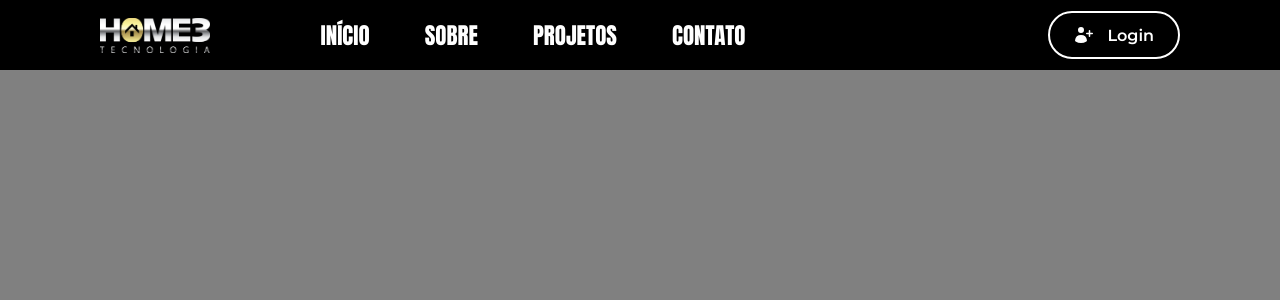
Repository: ryanmarinhodev/Home3-react
Page: /
These files come from the project's save history. The page is drawn as it stood at one moment and after the next save; the edit follows.
The browser window is 1280 px wide. The pictures show the whole page.
Some web fonts or font styles are not loaded; a fallback is used. The project was rebuilt for these pictures with package versions that can differ from the ones it lists, and the page was loaded fresh each time. Also part of the build but not shown: src/App.css.

Above is the page before, as saved 2024-11-06 11:09:08.

After the next save:
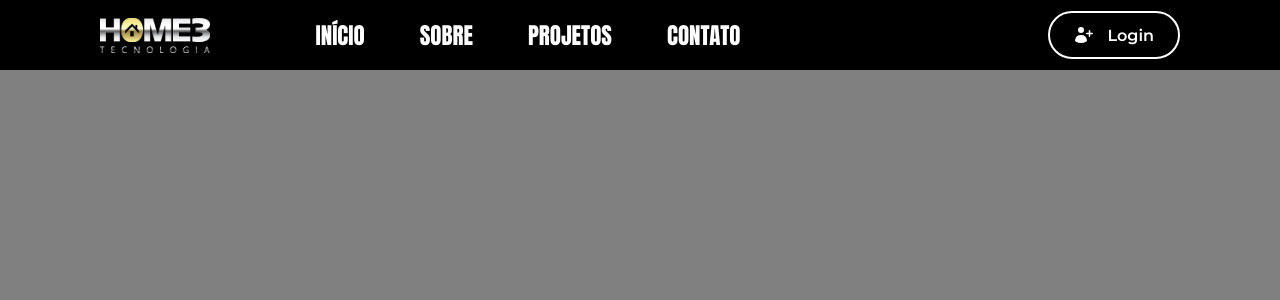
Saved 7 s later.
--- a/src/components/Header/header_style.ts
+++ b/src/components/Header/header_style.ts
@@ -21,7 +21,7 @@
   justify-content: space-between;
   height: 70px;
   padding: 0 100px;
-  gap: 55px;
+  gap: 50px;
 
   @media (max-width: 980px) {
     display: flex;
